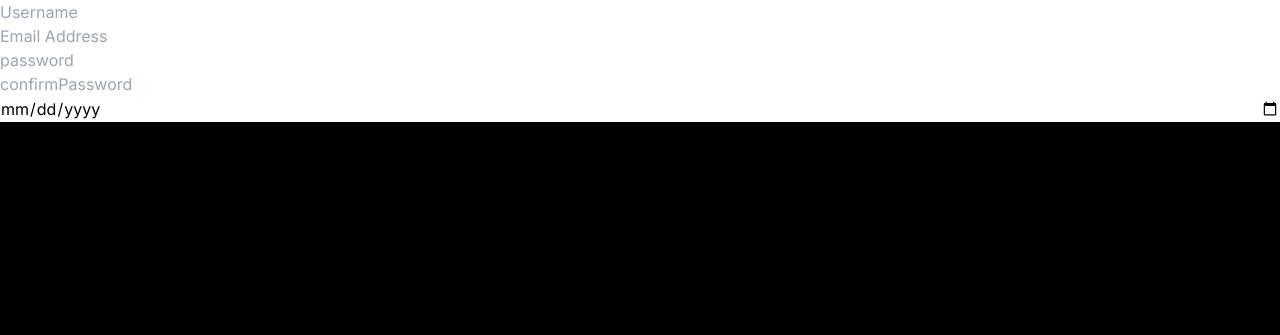
Repository: uh-sman/tiktok-card
Page: /
An editor plug-in stored every save of this project. The page is shown before and after the next save, followed by the edit.
The browser window is 1280 px wide. The pictures show the whole page.
The project was rebuilt for these pictures with package versions that can differ from the ones it lists, and the page was loaded fresh each time. The framework's server and built-in components were replaced by stand-ins that run in the browser. Also part of the build but not shown: next.config.js.

Above is the page before, as saved 2023-12-19 11:59:10.

### app/page.tsx
'use client'
import Input from "./components/Input";
import { FieldValues, SubmitHandler, useForm } from "react-hook-form";
export default function Home() {
  // const { register, handleSubmit, reset } = useForm<FieldValues>({
  //   defaultValues: {
  //     Username: "",
  //     email: '',
  //     password: '',
  //     confirmPassword: '',
  //     DateOfBirth: '',
  //     Bio: '',
  //     gender: '',
  //     termsAndConditions: ''
  //   }
  // })

  // const onSubmit: SubmitHandler<FieldValues> = () => {

  // }

  return (
    <div className="bg-black h-screen w-screen">
      {/* <div className="flex justify-center"> */}
      <div className="flex justify-center  w-full flex-col">
        <form className="flex flex-col" onSubmit={()=> {}}>
          <Input
            className=""
            id="Username"
            placeholder="Username"
            type="text"
            onChange={() => {}}
          />
          <Input
            className=""
            id="email"
            placeholder="Email Address"
            type="email"
            onChange={() => {}}
          />
          <Input
            className=""
            id="password"
            placeholder="password"
            type="password"
            onChange={() => {}}
          />
          <Input
            className=""
            id="confirmPassword"
            placeholder="confirmPassword"
            type="email"
            onChange={() => {}}
          />
          <Input
            className=""
            id="DOB"
            placeholder="Date of Birth"
            type="date"
            onChange={() => {}}
          />
          <button>Submit</button>
        </form>

      </div>
      {/* </div> */}
    </div>
  );
}



{/* <form class="max-w-sm mx-auto">
  <div class="mb-5">
    <label for="email" class="block mb-2 text-sm font-medium text-gray-900 dark:text-white">Your email</label>
    <input type="email" id="email" class="bg-gray-50 border border-gray-300 text-gray-900 text-sm rounded-lg focus:ring-blue-500 focus:border-blue-500 block w-full p-2.5 dark:bg-gray-700 dark:border-gray-600 dark:placeholder-gray-400 dark:text-white dark:focus:ring-blue-500 dark:focus:border-blue-500" placeholder="name@flowbite.com" required>
  </div>
  <div class="mb-5">
    <label for="password" class="block mb-2 text-sm font-medium text-gray-900 dark:text-white">Your password</label>
    <input type="password" id="password" class="bg-gray-50 border border-gray-300 text-gray-900 text-sm rounded-lg focus:ring-blue-500 focus:border-blue-500 block w-full p-2.5 dark:bg-gray-700 dark:border-gray-600 dark:placeholder-gray-400 dark:text-white dark:focus:ring-blue-500 dark:focus:border-blue-500" required>
  </div>
  <div class="flex items-start mb-5">
    <div class="flex items-center h-5">
      <input id="remember" type="checkbox" value="" class="w-4 h-4 border border-gray-300 rounded bg-gray-50 focus:ring-3 focus:ring-blue-300 dark:bg-gray-700 dark:border-gray-600 dark:focus:ring-blue-600 dark:ring-offset-gray-800 dark:focus:ring-offset-gray-800" required>
    </div>
    <label for="remember" class="ms-2 text-sm font-medium text-gray-900 dark:text-gray-300">Remember me</label>
  </div>
  <button type="submit" class="text-white bg-blue-700 hover:bg-blue-800 focus:ring-4 focus:outline-none focus:ring-blue-300 font-medium rounded-lg text-sm w-full sm:w-auto px-5 py-2.5 text-center dark:bg-blue-600 dark:hover:bg-blue-700 dark:focus:ring-blue-800">Submit</button>
</form> */}

### app/components/Input.tsx

type InputType = "text" | "password" | "file" | "email" | 'date'

interface InputProps {
    id: string;
    className: string;
    placeholder: string;
    type: InputType;
    onChange: (value: string, file?: File ) => void;
}

const Input: React.FC<InputProps> = ({
    id,
    className,
    placeholder,
    type,
    onChange
}) => {
    const handleChange = (event: React.ChangeEvent<HTMLInputElement>) => {
        const { value, files } = event.target;
        if (type === 'file' && files) {
            onChange(value, files[0]);
        } else {
            onChange(value);
        }
    };

    return (
        <input
            id={id}
            className=''
            placeholder={placeholder}
            type={type}
            onChange={handleChange}
        />
    );
};


export default Input;

Loaded but not shown: app/layout.tsx (common file); app/globals.css (common file); tailwind.config.ts (common file)

After the next save:
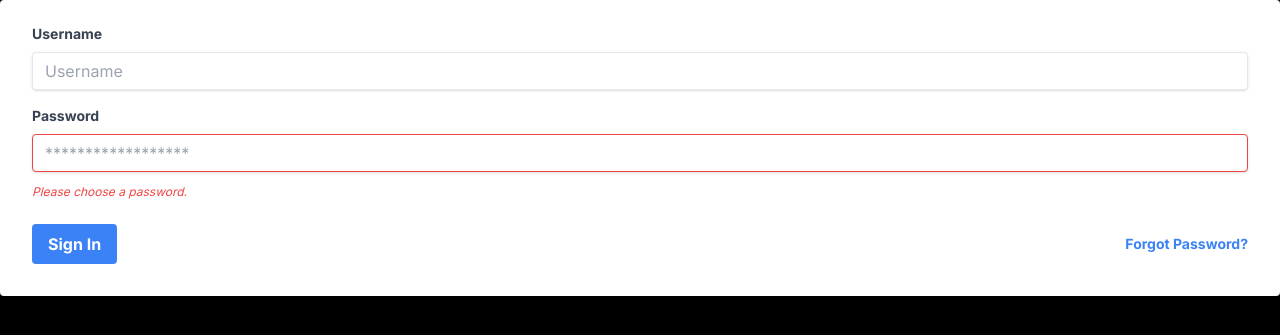
Saved 2 min 56 s later.
--- a/app/page.tsx
+++ b/app/page.tsx
@@ -23,44 +23,29 @@ export default function Home() {
     <div className="bg-black h-screen w-screen">
       {/* <div className="flex justify-center"> */}
       <div className="flex justify-center  w-full flex-col">
-        <form className="flex flex-col" onSubmit={()=> {}}>
-          <Input
-            className=""
-            id="Username"
-            placeholder="Username"
-            type="text"
-            onChange={() => {}}
-          />
-          <Input
-            className=""
-            id="email"
-            placeholder="Email Address"
-            type="email"
-            onChange={() => {}}
-          />
-          <Input
-            className=""
-            id="password"
-            placeholder="password"
-            type="password"
-            onChange={() => {}}
-          />
-          <Input
-            className=""
-            id="confirmPassword"
-            placeholder="confirmPassword"
-            type="email"
-            onChange={() => {}}
-          />
-          <Input
-            className=""
-            id="DOB"
-            placeholder="Date of Birth"
-            type="date"
-            onChange={() => {}}
-          />
-          <button>Submit</button>
-        </form>
+      <form className="bg-white shadow-md rounded px-8 pt-6 pb-8 mb-4">
+    <div className="mb-4">
+      <label className="block text-gray-700 text-sm font-bold mb-2" htmlFor="username">
+        Username
+      </label>
+      <input className="shadow appearance-none border rounded w-full py-2 px-3 text-gray-700 leading-tight focus:outline-none focus:shadow-outline" id="username" type="text" placeholder="Username" />
+    </div>
+    <div className="mb-6">
+      <label className="block text-gray-700 text-sm font-bold mb-2" htmlFor="password">
+        Password
+      </label>
+      <input className="shadow appearance-none border border-red-500 rounded w-full py-2 px-3 text-gray-700 mb-3 leading-tight focus:outline-none focus:shadow-outline" id="password" type="password" placeholder="******************" />
+      <p className="text-red-500 text-xs italic">Please choose a password.</p>
+    </div>
+    <div className="flex items-center justify-between">
+      <button className="bg-blue-500 hover:bg-blue-700 text-white font-bold py-2 px-4 rounded focus:outline-none focus:shadow-outline" type="button">
+        Sign In
+      </button>
+      <a className="inline-block align-baseline font-bold text-sm text-blue-500 hover:text-blue-800" href="#">
+        Forgot Password?
+      </a>
+    </div>
+  </form>
 
       </div>
       {/* </div> */}
